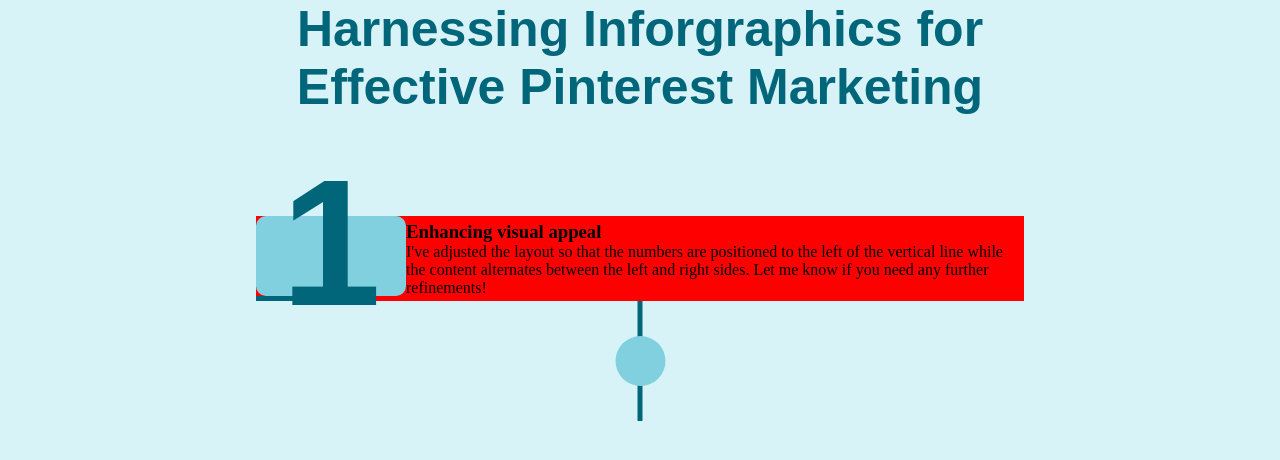
Repository: ayushrajput545/InforGraphic-page
Page: index.html
The author's editor kept a copy of each file at every save. The page is drawn from the files as they stood at one save, then again after a run of saves.
The browser window is 1280 px wide. The pictures show the whole page.
Some web fonts or font styles are not loaded; a fallback is used.

Above is the page before, as saved 2025-04-01 22:50:34.

### index.html
<!DOCTYPE html>
<html lang="en">
<head>
    <meta charset="UTF-8">
    <meta name="viewport" content="width=device-width, initial-scale=1.0">
    <link rel="stylesheet" href="style.css">
    <link rel="preconnect" href="https://fonts.googleapis.com">
    <link rel="preconnect" href="https://fonts.gstatic.com" crossorigin>
    <link href="https://fonts.googleapis.com/css2?family=Protest+Riot&display=swap" rel="stylesheet">
</head>
<body>

    <h1 class="header">Harnessing Inforgraphics for Effective Pinterest Marketing</h1>



    <div class="container">


            <div class="content-steps">

                <div class="left-content">
                    <div class="overlap">
                        <h1 class="steps">1</h1>
                    </div>

                    <div class="line-horizontal"></div>

                    <div class="line-vertical">
                        <div class="circle"></div>
                    </div>
                </div>



                <div class="content-right">

                    <h3 id="content-header">Enhancing visual appeal</h3>
                    <p>I've adjusted the layout so that the numbers are positioned to the left of the vertical line while the content alternates between the left and right sides. Let me know if you need any further refinements!</p>

                </div>

            </div>


    </div>

</body>
</html>

### style.css
*{
    margin: 0;
    padding: 0;
    box-sizing: border-box;
}

body{
    background-color: #d8f3f7;;
}

.header{
    font-family: "Protest Riot", sans-serif;
    text-align: center;
    max-width: 60%;
    margin: auto;
    font-size: 50px;
    font-weight: bold;
    color: #02667a;
}

.container{
    position: relative;
    width: 60%;
    margin: auto;
    background-color: red;
    margin-top: 100px;
}

.content-steps{
    display: flex;
    align-items: center;
    position: relative;
}

.overlap{
    background-color: #81d0e0;
    width: 150px;
    height: 80px;
    position: relative;
    z-index: 1;
    display: flex;
    justify-content: center;
    border-radius: 10px;
}

.steps{
    font-family: "Protest Riot", sans-serif;
    font-size: 180px;
    font-weight: bold;
    color: #02667a;
    position: absolute;
    z-index: 2;
    bottom: -50px;
}

.line-horizontal{
    background-color: #02667a;
    width: 30%;
    height: 5px;
    position: relative;
}

.circle {
    width: 50px;
    height: 50px;
    background-color: #81d0e0;
    border-radius: 50%;
    position: absolute;
    left: 50%;
    transform: translate(-50%, -50%); /* Ensures proper overlap */
    top: 60px; /* Places it at the intersection */
}



.line-vertical {
    width: 5px; /* Thickness of the line */
    height: 120px; /* Adjust as needed */
    background-color: #02667a;
    position: absolute;
    left: 50%; /* Centers the line */
    transform: translateX(-50%);

}

After the next 2 saves:
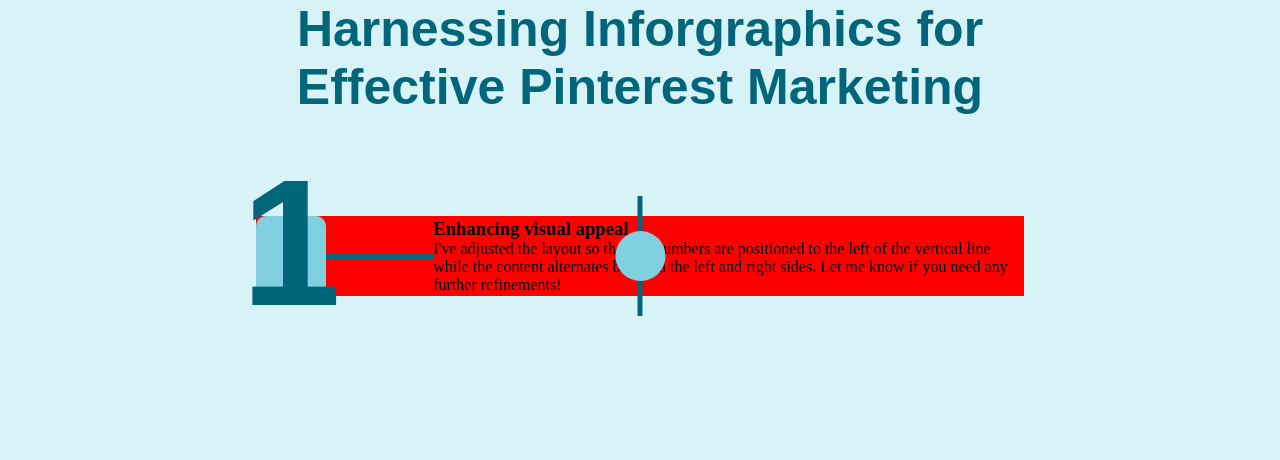
The 2 saves are shown as one change because they came seconds apart.
The last was saved 9 s later.
--- a/index.html
+++ b/index.html
@@ -19,19 +19,15 @@
 
             <div class="content-steps">
 
-                <div class="left-content">
-                    <div class="overlap">
-                        <h1 class="steps">1</h1>
-                    </div>
-
-                    <div class="line-horizontal"></div>
-
-                    <div class="line-vertical">
-                        <div class="circle"></div>
-                    </div>
+                <div class="overlap">
+                    <h1 class="steps">1</h1>
                 </div>
 
+                <div class="line-horizontal"></div>
 
+                <div class="line-vertical">
+                    <div class="circle"></div>
+                </div>
 
                 <div class="content-right">
 
